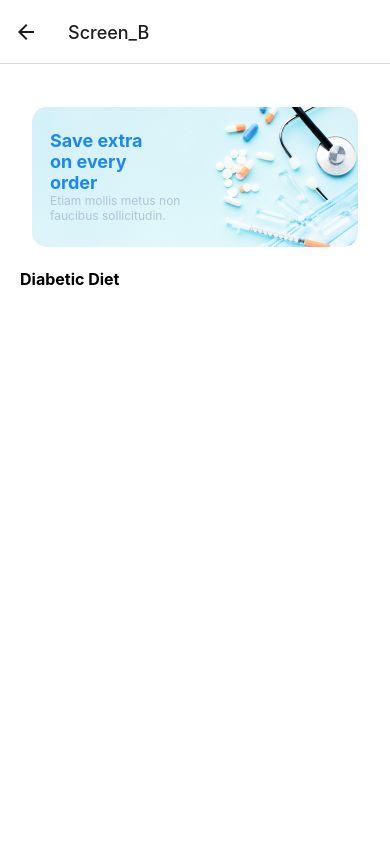
Repository: ntu34543/designReactNative
Screen: /Screen_B
An editor plug-in stored every save of this project. The screen is shown before and after the next save, followed by the edit.
The app was drawn by React Native's web renderer in a window 390 px wide. The project was rebuilt for these pictures with package versions that can differ from the ones it lists, and the page was loaded fresh each time. Imported but missing from the stored project, and not drawn on this page: .

Above is the screen before, as saved 2022-10-21 15:22:12.

After the next save:
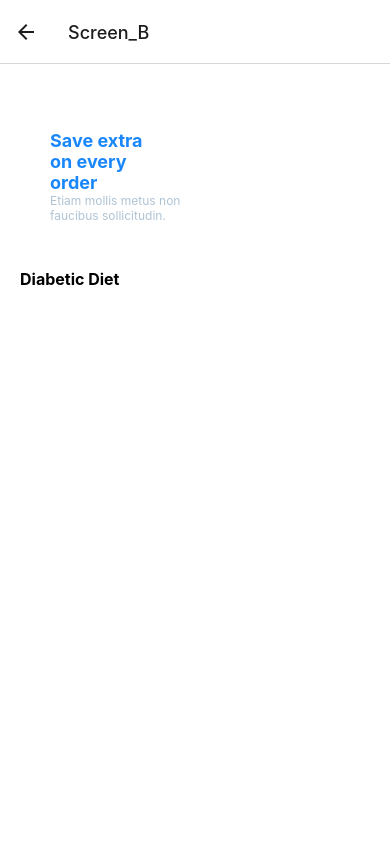
Saved 60 s later.
--- a/page/DiabetesCare.js
+++ b/page/DiabetesCare.js
@@ -45,7 +45,7 @@
         <View style={styles.imgHeader}>
           <Image
             style={styles.image}
-            source={require("../assets/img/banner.png")}
+            source={require("../")}
           />
         </View>
         <View style={styles.title}>

After the save that followed:
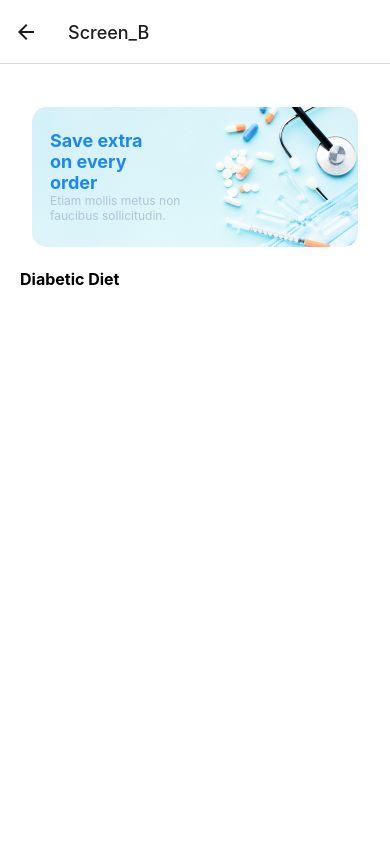
Saved 8 s later.
--- a/page/DiabetesCare.js
+++ b/page/DiabetesCare.js
@@ -45,7 +45,7 @@
         <View style={styles.imgHeader}>
           <Image
             style={styles.image}
-            source={require("../")}
+            source={require("../assets/img/banner.png")}
           />
         </View>
         <View style={styles.title}>
